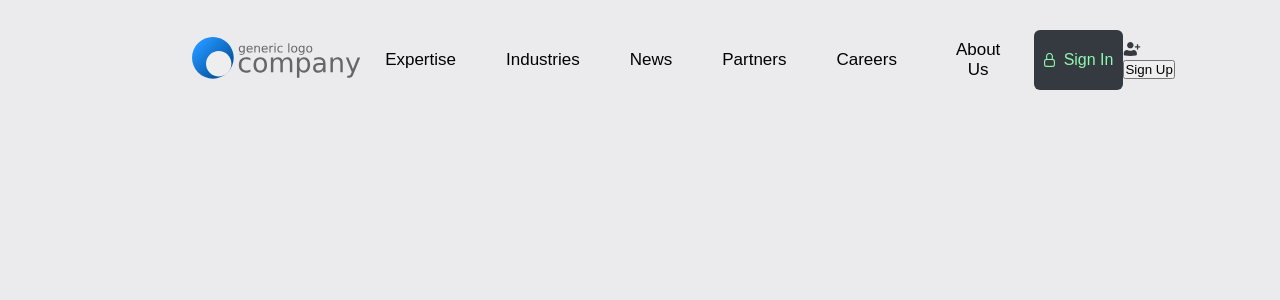
Repository: Andriy-Ma/widgetTask
Page: /
The author's editor kept a copy of each file at every save. The page is drawn from the files as they stood at one save, then again after the next save.
The browser window is 1280 px wide. The pictures show the whole page.
The project was rebuilt for these pictures with package versions that can differ from the ones it lists, and the page was loaded fresh each time.

Above is the page before, as saved 2022-08-29 17:02:55.

### src/index.css
* {
  box-sizing: border-box;
  margin: 0;
  padding: 0;
}
body {
  font-family: 'Poppins', sans-serif;
  background-color: #ebebed;
  -webkit-font-smoothing: antialiased;
  -moz-osx-font-smoothing: grayscale;
}

### src/App.js
import React from 'react';
import styles from './App.module.css';
import Header from './components/Header/header';

function App() {
  return (
    <div className={styles.container}>
      <Header/>
    </div>
  );
}

export default App;

### src/App.module.css
.container {
    display: block;
    align-items: center;
    justify-content: center;
    padding-left: 15%;
    padding-right: 15%;
}

### src/components/Header/header.jsx
import React from 'react';
import Icon from './logo-generic';
import {ReactComponent as Lock} from './lock.svg';
import {ReactComponent as SignUp} from './signup.svg';
import styles from './header.module.css';

function Header() {
  return (
    <div className={styles.header} id="myTopnav">
        <div className={styles.logo}>
          <a href="#home">
            <Icon/>
          </a>
        </div>
        <div className={styles.middleOfHeader}>
          <a href="#news">Expertise</a>
          <a href="#contact">Industries</a>
          <a href="#about">News</a>
          <a href="#news">Partners</a>
          <a href="#contact">Careers</a>
          <a href="#about">About Us</a>
        </div>
        <div className={styles.buttonsHeader}>
          <div className={styles.signin}>
            <Lock/>
            <p>Sign In</p>
          </div>
          <div>
            <SignUp/>
            <button>Sign Up</button>
          </div>
        </div>
    </div>
  )
}

export default Header;

### src/components/Header/logo-generic.jsx
import React from "react";

function Icon() {
  return (
    <svg
      xmlns="http://www.w3.org/2000/svg"
      version="1.1"
      viewBox="0 0 1425.8 353.74"
    >
      <defs>
        <linearGradient
          id="linearGradient5311"
          x1="-467.57"
          x2="-469.87"
          y1="-68.973"
          y2="488.43"
          gradientUnits="userSpaceOnUse"
        >
          <stop offset="0" stopColor="#2294fe"></stop>
          <stop offset="1" stopColor="#014f96"></stop>
        </linearGradient>
      </defs>
      <g transform="translate(364.43 8.482)">
        <g>
          <g fill="#666" transform="translate(-14.426 -21.336)">
            <path d="M145.49 192.37v19.095c-5.773-3.182-11.583-5.55-17.43-7.105a64.331 64.331 0 00-17.541-2.443c-13.248 0-23.536 4.22-30.863 12.657-7.327 8.363-10.991 20.13-10.991 35.304 0 15.172 3.663 26.977 10.991 35.415 7.327 8.363 17.615 12.545 30.863 12.545 5.92 0 11.768-.778 17.541-2.332 5.847-1.628 11.657-4.033 17.43-7.216v18.873a83.693 83.693 0 01-17.763 5.995c-6.07 1.332-12.545 1.998-19.428 1.998-18.725 0-33.601-5.884-44.629-17.652s-16.542-27.643-16.542-47.627c0-20.279 5.55-36.229 16.653-47.849 11.176-11.62 26.459-17.43 45.85-17.43 6.29 0 12.434.666 18.429 1.999a81.647 81.647 0 0117.43 5.772"></path>
            <path d="M228.98 201.92c-10.954 0-19.613 4.293-25.978 12.878-6.365 8.511-9.548 20.205-9.548 35.082 0 14.876 3.146 26.607 9.437 35.193 6.365 8.511 15.061 12.767 26.089 12.767 10.88 0 19.502-4.293 25.867-12.878 6.365-8.585 9.547-20.279 9.547-35.082 0-14.728-3.182-26.385-9.547-34.971-6.365-8.66-14.987-12.989-25.867-12.989m0-17.319c17.763 0 31.714 5.773 41.854 17.319s15.209 27.532 15.209 47.96c0 20.353-5.07 36.34-15.209 47.96-10.14 11.546-24.091 17.319-41.854 17.319-17.837 0-31.825-5.773-41.965-17.319-10.066-11.62-15.098-27.606-15.098-47.96 0-20.427 5.033-36.414 15.098-47.96 10.14-11.546 24.128-17.319 41.965-17.319"></path>
            <path d="M416.6 211.46c5.107-9.177 11.213-15.949 18.318-20.316 7.105-4.367 15.468-6.55 25.09-6.55 12.952 0 22.943 4.552 29.975 13.655 7.03 9.03 10.546 21.908 10.547 38.634v75.048h-20.538v-74.382c0-11.916-2.11-20.76-6.328-26.533-4.219-5.773-10.658-8.66-19.317-8.66-10.584 0-18.947 3.516-25.09 10.548-6.143 7.03-9.215 16.616-9.214 28.754v70.274h-20.538V237.55c0-11.99-2.11-20.834-6.328-26.533-4.22-5.773-10.732-8.66-19.54-8.66-10.435 0-18.724 3.553-24.867 10.658-6.143 7.031-9.215 16.58-9.215 28.643v70.274h-20.538v-124.34h20.538v19.317c4.663-7.623 10.251-13.248 16.764-16.875 6.513-3.626 14.247-5.44 23.203-5.44 9.03 0 16.69 2.295 22.981 6.883 6.365 4.59 11.065 11.25 14.099 19.983"></path>
            <path d="M560.7 293.28v65.945h-20.538v-171.63H560.7v18.873c4.293-7.401 9.695-12.878 16.209-16.431 6.587-3.627 14.432-5.44 23.536-5.44 15.098 0 27.347 5.995 36.747 17.985 9.473 11.99 14.21 27.755 14.21 47.294 0 19.54-4.737 35.304-14.21 47.294-9.4 11.99-21.649 17.985-36.747 17.985-9.104 0-16.949-1.776-23.536-5.329-6.513-3.626-11.916-9.14-16.209-16.542m69.497-43.408c0-15.024-3.109-26.792-9.326-35.304-6.143-8.585-14.617-12.878-25.423-12.878-10.806 0-19.317 4.293-25.534 12.878-6.143 8.512-9.214 20.28-9.214 35.304 0 15.024 3.071 26.83 9.214 35.415 6.217 8.512 14.728 12.767 25.534 12.767s19.28-4.255 25.423-12.767c6.217-8.585 9.326-20.39 9.326-35.415"></path>
            <path d="M741.77 249.43c-16.505 0-27.94 1.887-34.304 5.662-6.365 3.775-9.548 10.214-9.547 19.317 0 7.253 2.368 13.026 7.105 17.319 4.81 4.219 11.324 6.328 19.539 6.328 11.324 0 20.39-3.997 27.199-11.99 6.883-8.067 10.325-18.762 10.325-32.084v-4.552H741.77m40.744-8.437v70.94h-20.427V293.06c-4.663 7.549-10.473 13.137-17.43 16.764-6.958 3.552-15.47 5.329-25.534 5.329-12.73 0-22.87-3.553-30.42-10.658-7.475-7.18-11.212-16.764-11.212-28.754 0-13.988 4.662-24.535 13.988-31.64 9.4-7.106 23.388-10.658 41.965-10.658h28.643v-1.999c0-9.4-3.109-16.653-9.326-21.759-6.143-5.18-14.802-7.77-25.978-7.77-7.105 0-14.025.85-20.76 2.552-6.735 1.703-13.21 4.256-19.428 7.66v-18.872c7.475-2.887 14.728-5.033 21.76-6.44 7.03-1.48 13.876-2.22 20.537-2.22 17.985 0 31.418 4.663 40.3 13.988 8.88 9.326 13.321 23.462 13.321 42.41"></path>
            <path d="M928.5 236.89v75.048h-20.427v-74.382c0-11.768-2.295-20.575-6.883-26.422-4.589-5.847-11.472-8.77-20.65-8.77-11.027 0-19.723 3.515-26.088 10.547-6.365 7.03-9.548 16.616-9.548 28.754v70.274h-20.538v-124.34h20.538v19.317c4.885-7.476 10.621-13.063 17.208-16.764 6.661-3.7 14.321-5.551 22.981-5.551 14.284 0 25.09 4.44 32.417 13.322 7.327 8.807 10.991 21.797 10.991 38.967"></path>
            <path d="M1021.2 323.48c-5.773 14.802-11.398 24.461-16.875 28.976-5.477 4.515-12.804 6.772-21.981 6.772h-16.32v-17.097h11.99c5.625 0 9.992-1.332 13.1-3.996s6.55-8.956 10.325-18.873l3.664-9.326-50.291-122.34h21.648l38.856 97.252 38.856-97.252h21.648l-54.621 135.89"></path>
          </g>
          <g fill="#666" transform="translate(-416.34 -21.336)">
            <path d="M489.95 115.06c0-6.675-1.385-11.848-4.155-15.519-2.737-3.671-6.592-5.507-11.564-5.507-4.94 0-8.794 1.836-11.564 5.507-2.737 3.671-4.105 8.844-4.105 15.519 0 6.642 1.368 11.798 4.105 15.469 2.77 3.671 6.625 5.507 11.564 5.507 4.973 0 8.827-1.836 11.564-5.507 2.77-3.671 4.155-8.828 4.155-15.469m9.211 21.727c0 9.545-2.119 16.637-6.357 21.276-4.24 4.672-10.73 7.009-19.474 7.009-3.238 0-6.292-.25-9.162-.751a44.69 44.69 0 01-8.36-2.203v-8.961c2.703 1.468 5.373 2.553 8.01 3.254 2.636.7 5.323 1.051 8.06 1.051 6.04 0 10.563-1.585 13.567-4.756 3.004-3.137 4.505-7.893 4.505-14.268v-4.555c-1.902 3.304-4.338 5.774-7.309 7.409-2.97 1.635-6.524 2.453-10.663 2.453-6.875 0-12.415-2.62-16.62-7.86-4.206-5.24-6.308-12.182-6.308-20.826 0-8.677 2.102-15.636 6.307-20.876 4.206-5.24 9.746-7.86 16.621-7.86 4.139 0 7.693.818 10.663 2.454 2.97 1.635 5.407 4.105 7.31 7.409v-8.51h9.21v49.11"></path>
            <path d="M566.09 113.41v4.506h-42.352c.4 6.34 2.303 11.18 5.707 14.518 3.438 3.304 8.21 4.956 14.318 4.956 3.538 0 6.959-.434 10.263-1.302 3.337-.868 6.642-2.17 9.912-3.905v8.711a55.24 55.24 0 01-10.163 3.204 50.9 50.9 0 01-10.563 1.102c-8.944 0-16.037-2.604-21.276-7.81-5.206-5.207-7.81-12.248-7.81-21.126 0-9.178 2.47-16.454 7.41-21.827 4.973-5.407 11.664-8.11 20.075-8.11 7.542 0 13.5 2.436 17.872 7.309 4.405 4.84 6.608 11.43 6.608 19.774m-9.211-2.703c-.067-5.04-1.486-9.062-4.256-12.065-2.736-3.004-6.374-4.506-10.914-4.506-5.14 0-9.261 1.452-12.365 4.355-3.07 2.904-4.839 6.992-5.306 12.265l32.84-.05"></path>
            <path d="M627.62 109.9v33.842h-9.211v-33.541c0-5.306-1.035-9.278-3.104-11.915-2.07-2.636-5.173-3.955-9.312-3.955-4.973 0-8.894 1.585-11.765 4.756-2.87 3.17-4.305 7.493-4.305 12.966v31.689h-9.261V87.673h9.261v8.71c2.203-3.37 4.79-5.89 7.76-7.558 3.003-1.67 6.458-2.503 10.363-2.504 6.44 0 11.314 2.003 14.618 6.008 3.304 3.971 4.956 9.829 4.956 17.572"></path>
            <path d="M694.05 113.41v4.506h-42.352c.4 6.34 2.303 11.18 5.707 14.518 3.438 3.304 8.21 4.956 14.318 4.956 3.538 0 6.959-.434 10.263-1.302 3.337-.868 6.642-2.17 9.912-3.905v8.711a55.24 55.24 0 01-10.163 3.204 50.9 50.9 0 01-10.563 1.102c-8.944 0-16.037-2.604-21.276-7.81-5.206-5.207-7.81-12.248-7.81-21.126 0-9.178 2.47-16.454 7.41-21.827 4.973-5.407 11.664-8.11 20.075-8.11 7.543 0 13.5 2.436 17.872 7.309 4.405 4.84 6.608 11.43 6.608 19.774m-9.211-2.703c-.067-5.04-1.486-9.062-4.256-12.065-2.736-3.004-6.374-4.506-10.913-4.506-5.14 0-9.261 1.452-12.365 4.355-3.07 2.904-4.839 6.992-5.306 12.265l32.84-.05"></path>
            <path d="M741.46 96.286a11.624 11.624 0 00-3.404-1.302c-1.202-.3-2.537-.45-4.005-.45-5.207 0-9.212 1.702-12.015 5.106-2.77 3.371-4.155 8.227-4.155 14.568v29.537h-9.262V87.676h9.262v8.71c1.935-3.403 4.455-5.923 7.56-7.558 3.103-1.67 6.874-2.503 11.313-2.503.634 0 1.335.05 2.103.15.767.067 1.618.183 2.553.35l.05 9.462"></path>
            <path d="M751.22 87.676h9.211v56.069h-9.211V87.676m0-21.827h9.211v11.664h-9.211V65.849"></path>
            <path d="M820.01 89.828v8.61c-2.603-1.434-5.223-2.502-7.86-3.203a29.012 29.012 0 00-7.91-1.102c-5.974 0-10.613 1.903-13.917 5.707-3.304 3.772-4.956 9.078-4.956 15.92 0 6.842 1.652 12.165 4.957 15.97 3.304 3.772 7.943 5.657 13.917 5.657 2.67 0 5.306-.35 7.91-1.051 2.636-.734 5.256-1.819 7.859-3.254v8.51a37.736 37.736 0 01-8.01 2.704c-2.737.6-5.657.9-8.76.9-8.445 0-15.153-2.652-20.126-7.959-4.973-5.306-7.459-12.465-7.459-21.477 0-9.144 2.503-16.337 7.51-21.577 5.039-5.24 11.93-7.86 20.675-7.86 2.837 0 5.607.3 8.31.902a36.82 36.82 0 017.86 2.603"></path>
            <path d="M868.57 65.849h9.211v77.896h-9.211V65.849"></path>
            <path d="M918.73 94.134c-4.94 0-8.844 1.936-11.714 5.807-2.87 3.838-4.305 9.111-4.305 15.82s1.418 11.998 4.255 15.87c2.87 3.838 6.792 5.757 11.765 5.757 4.906 0 8.794-1.935 11.664-5.807 2.87-3.871 4.305-9.144 4.305-15.82 0-6.641-1.435-11.898-4.305-15.769-2.87-3.905-6.758-5.857-11.664-5.857m0-7.81c8.01 0 14.301 2.604 18.873 7.81 4.572 5.206 6.858 12.415 6.859 21.627 0 9.178-2.287 16.387-6.859 21.627-4.572 5.206-10.863 7.81-18.873 7.81-8.043 0-14.351-2.604-18.923-7.81-4.539-5.24-6.808-12.45-6.808-21.627 0-9.211 2.27-16.42 6.808-21.627 4.572-5.206 10.88-7.81 18.923-7.81"></path>
            <path d="M996.58 115.06c0-6.675-1.385-11.848-4.155-15.519-2.737-3.671-6.592-5.507-11.564-5.507-4.94 0-8.794 1.836-11.564 5.507-2.737 3.671-4.105 8.844-4.105 15.519 0 6.642 1.368 11.798 4.105 15.469 2.77 3.671 6.625 5.507 11.564 5.507 4.973 0 8.828-1.836 11.564-5.507 2.77-3.671 4.155-8.828 4.155-15.469m9.211 21.727c0 9.545-2.119 16.637-6.357 21.276-4.24 4.672-10.73 7.009-19.474 7.009-3.238 0-6.292-.25-9.162-.751a44.69 44.69 0 01-8.36-2.203v-8.961c2.703 1.468 5.373 2.553 8.01 3.254 2.636.7 5.323 1.051 8.06 1.051 6.04 0 10.563-1.585 13.567-4.756 3.003-3.137 4.505-7.893 4.505-14.268v-4.555c-1.902 3.304-4.338 5.774-7.309 7.409-2.97 1.635-6.524 2.453-10.663 2.453-6.875 0-12.415-2.62-16.62-7.86-4.206-5.24-6.308-12.182-6.308-20.826 0-8.677 2.102-15.636 6.307-20.876 4.206-5.24 9.746-7.86 16.621-7.86 4.139 0 7.693.818 10.663 2.454 2.97 1.635 5.407 4.105 7.31 7.409v-8.51h9.21v49.11"></path>
            <path d="M1046.5 94.134c-4.94 0-8.844 1.936-11.714 5.807-2.87 3.838-4.305 9.111-4.305 15.82s1.418 11.998 4.255 15.87c2.87 3.838 6.792 5.757 11.765 5.757 4.906 0 8.794-1.935 11.664-5.807 2.87-3.871 4.305-9.144 4.305-15.82 0-6.641-1.435-11.898-4.305-15.769-2.87-3.905-6.758-5.857-11.664-5.857m0-7.81c8.01 0 14.3 2.604 18.873 7.81 4.572 5.206 6.858 12.415 6.858 21.627 0 9.178-2.286 16.387-6.858 21.627-4.572 5.206-10.864 7.81-18.873 7.81-8.043 0-14.351-2.604-18.924-7.81-4.539-5.24-6.808-12.45-6.808-21.627 0-9.211 2.269-16.42 6.808-21.627 4.572-5.206 10.88-7.81 18.924-7.81"></path>
          </g>
          <g transform="rotate(-45 269.773 885.347) scale(.61927)">
            <path
              fill="url(#linearGradient5311)"
              d="M-184.26 202.82c0 157.74-127.87 285.61-285.61 285.61s-285.61-127.87-285.61-285.61S-627.61-82.79-469.87-82.79s285.61 127.87 285.61 285.61z"
              transform="translate(1202 -114.01)"
            ></path>
            <path
              fill="#eee"
              d="M-184.26 202.82c0 157.74-127.87 285.61-285.61 285.61s-285.61-127.87-285.61-285.61S-627.61-82.79-469.87-82.79s285.61 127.87 285.61 285.61z"
              transform="translate(1018.2 79.03) scale(.60887)"
            ></path>
          </g>
        </g>
      </g>
    </svg>
  );
}

export default Icon;

### src/components/Header/header.module.css
.logo {
    display: block;
    width: 170px;
}
.header {
    display: flex;
    justify-content: space-between;
    align-items: center;
    padding-top: 30px;
    min-width: 1000px;
}
.middleOfHeader {
    display: flex;
    justify-content: space-between;
    align-items: center;
    text-decoration: none;
}
.middleOfHeader a {
    display: block;
    color: black;
    text-align: center;
    padding: 0px 25px;
    text-decoration: none;
    font-size: 17px;
}
.buttonsHeader {
    display: flex;
    justify-content: space-between;
    align-items: center;
}
.signin {
    display: flex;
    justify-content: space-between;
    align-items: center;
    color: #90F9AD;
    background-color: #343A40;
    padding: 0px 10px;
    border-radius: 6px;
    width: 90px;
    height: 60px;
}
.signup {
    display: flex;
    justify-content: space-between;
    align-items: center;
}

Loaded but not shown: public/index.html (common file); src/index.js (common file)

After the next save:
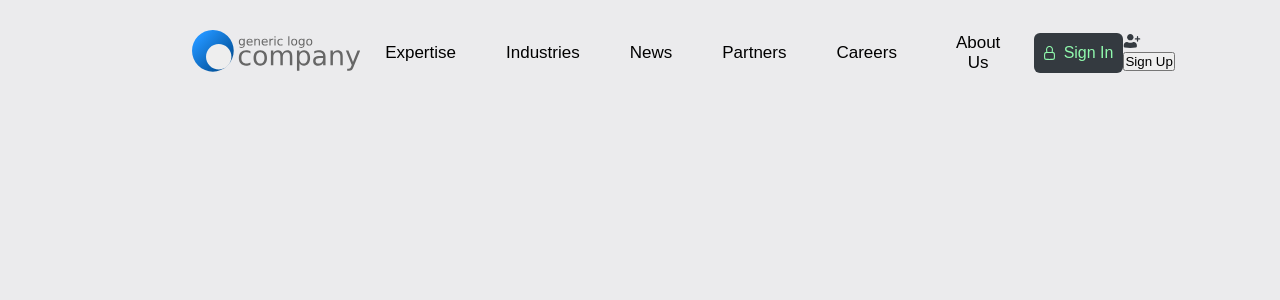
Saved 5 s later.
--- a/src/components/Header/header.module.css
+++ b/src/components/Header/header.module.css
@@ -37,7 +37,7 @@
     padding: 0px 10px;
     border-radius: 6px;
     width: 90px;
-    height: 60px;
+    height: 40px;
 }
 .signup {
     display: flex;
